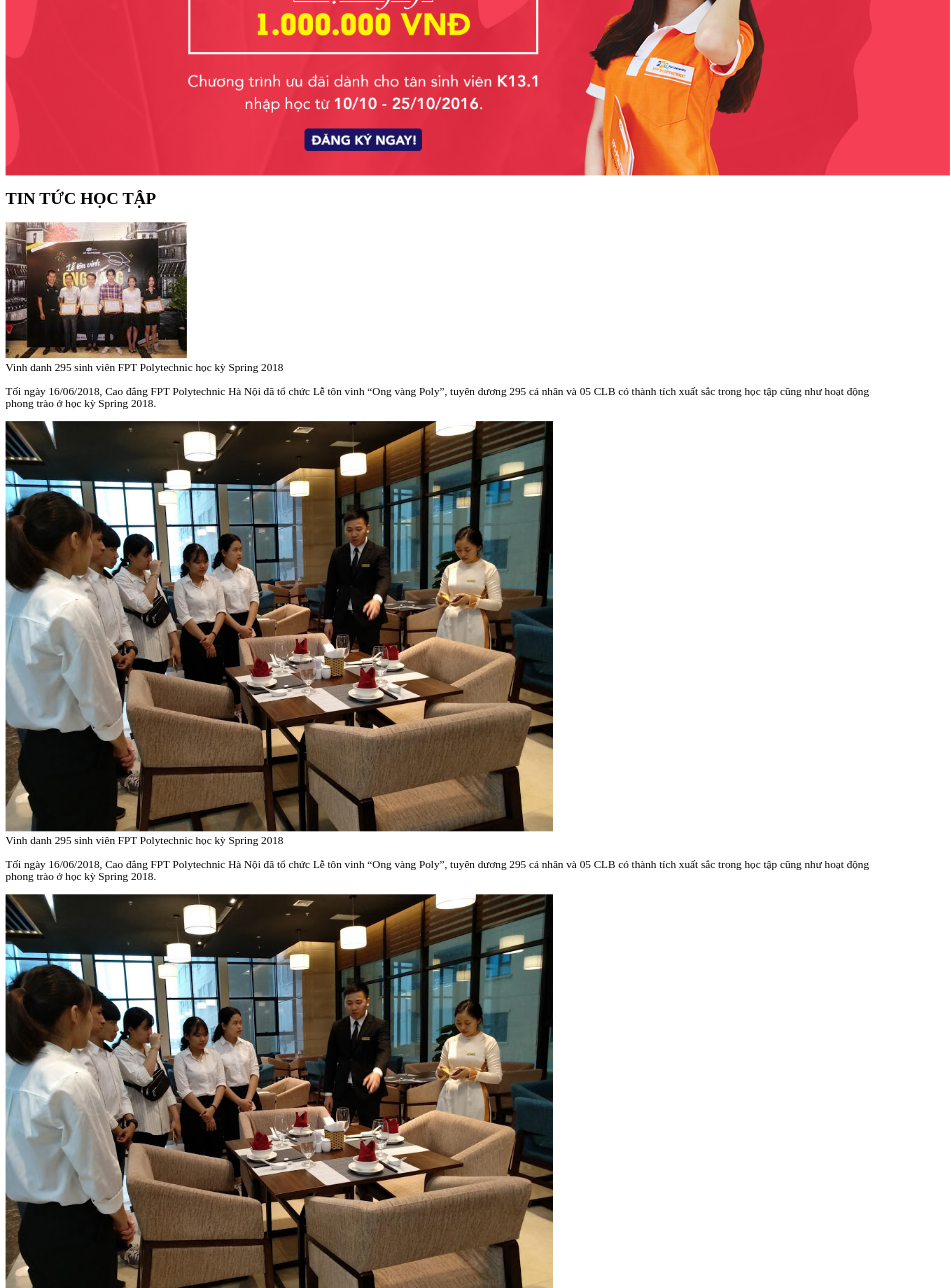
Repository: manhkkkk/assigntment
Page: index.html
An editor plug-in stored every save of this project. The page is shown before and after the next save, followed by the edit.
The browser window is 1280 px wide. The page is 1359 px wide, so the pictures cover 1359 px, including what lies to the right of the window. The pictures show the part of the page from y = 912 to 2752 px (the page is 2865 px tall before and 2816 px after), at 70% of full size.

Above is the page before, as saved 2022-01-10 07:51:17.

After the next save:
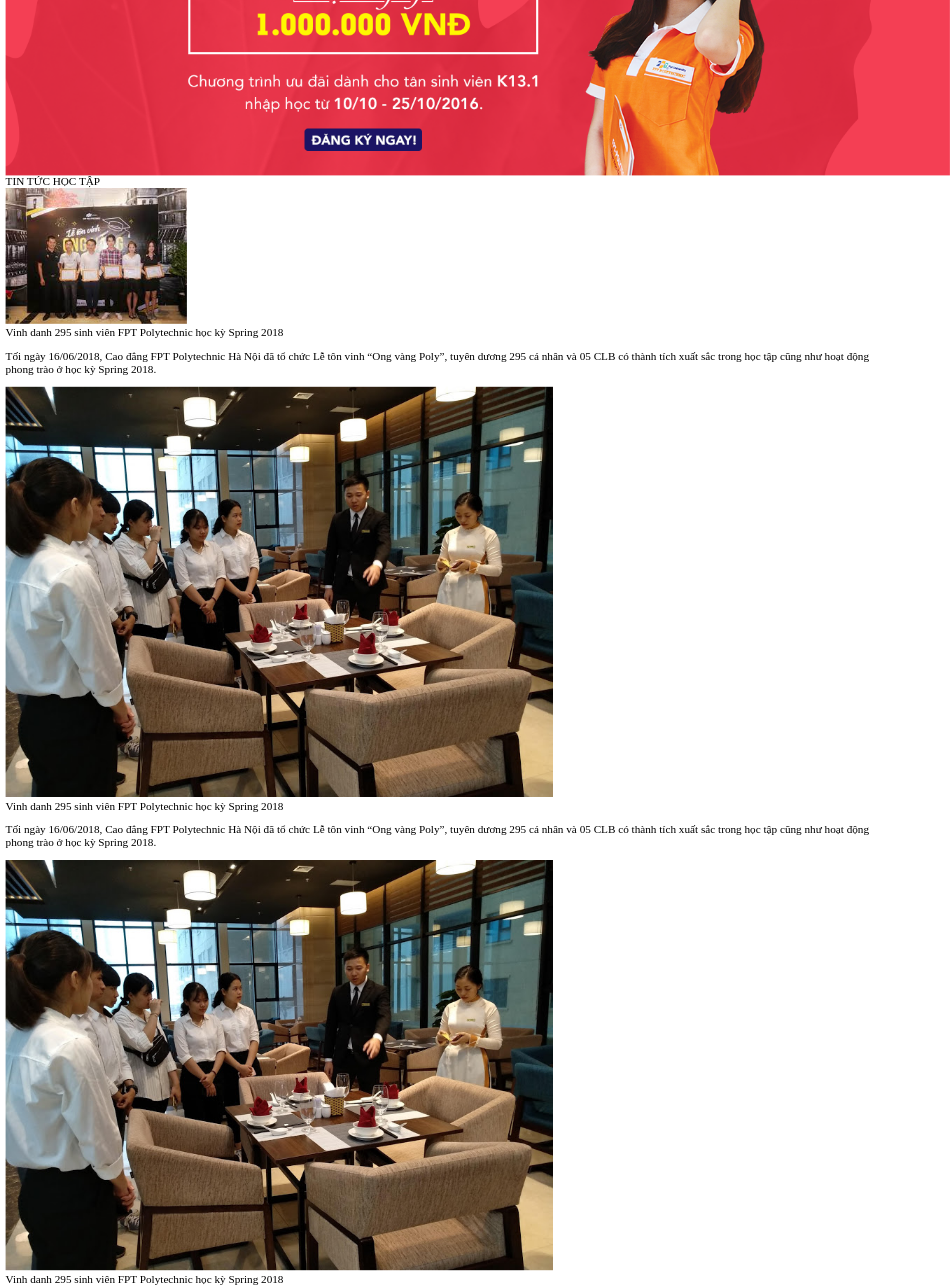
Saved 68 s later.
--- a/index.html
+++ b/index.html
@@ -89,7 +89,7 @@
         <section>
             <div class="container mx-auto px-4">
                 <div>
-                    <h1>TIN TỨC HỌC TẬP</h1>
+                    <span class="text-2xl">TIN TỨC HỌC TẬP</span>
                 </div>
                 <div class="grid gap-4 grid-cols-3 grid-rows-3">
                     <article class="border border-sky-500 p-7">
